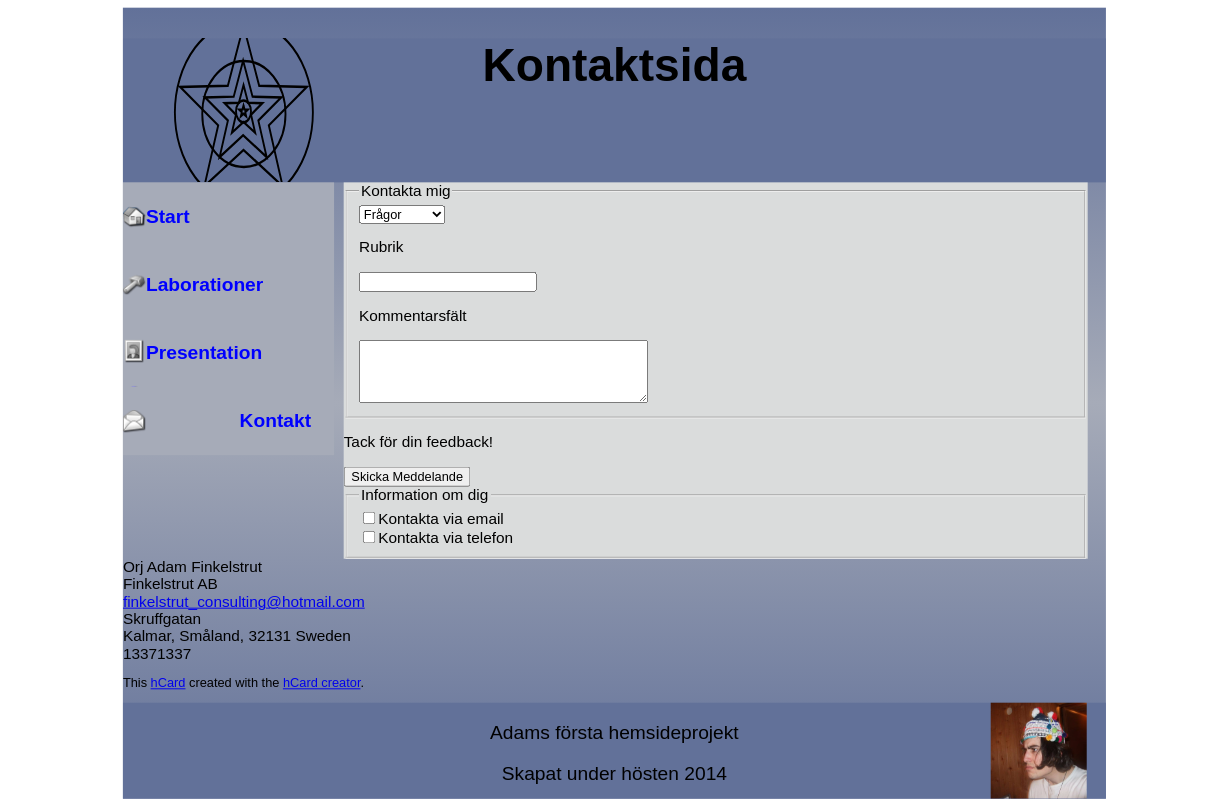
Repository: ao222qc/1IK415_ao222qc_copycat
Page: pages/kontakt.html
The author's editor kept a record of every edit. The page is drawn from the files as they stood at one moment, then again after the next edit.
The browser window is 1280 px wide. The pictures show the whole page, at 96% of full size.

Above is the page before.

### pages/kontakt.html
<!doctype html>
<html lang="sv">
    <head>
        <meta charset = "utf-8">
        <title>Bloggindex</title>
        <link rel="stylesheet" href="../pics/css/style.css" media="screen">
        <link rel="stylesheet" href="../pics/css/print.css" media="print">
        <link rel="stylesheet" href="../pics/css/mobile.css" media="screen and (max-device-width: 480px") />
        <meta content='width=device-width; initial-scale=1.0; maximum-scale=1.0; user-scalable=0;' name='viewport' />
        <link rel="icon"  type="image/x-icon" href="../pics/fav.ico" />
        <link rel="shortcut icon" href="/pics/iosicon.png"/>
         <link rel="apple-touch-icon" href="/pics/iosicon.png"/>
    </head>
<body>
    <div id="background">
    <div id="header">
    <h1>Kontaktsida</h1>
    </div>
    <div id="navigation">
    <ul>
        <li><a class="index" href="../index.html">Start</a></li>
        <li><a class="laborationer" href="laborationer.html">Laborationer</a></li>
        <li><a class="presentation" href="presentation.html">Presentation</a></li>
        <li class="active"><a class="kontakt" href="kontakt.html">Kontakt</a></li>
    </ul>
    </div>
    <div id="content">
    <FORM action="http://voyager.lnu.se/tekinet/kurser/dtt/wp_webbintro/form.php" method="post">
        <fieldset>
            <LEGEND>Kontakta mig</LEGEND>

                <select name="Ärendetyp">
                    <option value="Frågor">Frågor</option>
                        <option value="Synpunkter">Synpunkter</option>
                    <option value="Övrigt">Övrigt</option>
                </select>
                <p>Rubrik</p>
                <input type="text" name="Rubrik" id="Rubrik"/>
                <p>Kommentarsfält</p>
                <textarea name="Kommentarsfält" id="Kommentarsfält" cols="35" rows="4"></textarea>
        </fieldset>
    <p>Tack för din feedback!</p>
    <input type="submit" value="Skicka Meddelande"/>
        <fieldset>
            <LEGEND>Information om dig</LEGEND>
                <input type="checkbox" name="Kontakt" value="Mail">Kontakta via email <br/>
                <input type="checkbox" name="Kontakt" value="Telefon">Kontakta via telefon
        </fieldset>
    </FORM>
    </div>
    <div id="kontaktruta">
        <div id="hcard-Orj-Adam-Finkelstrut" class="vcard">
 <span class="fn n">
    <span class="given-name">Orj</span>
  <span class="additional-name">Adam</span>
  <span class="family-name">Finkelstrut</span>
</span>
 <div class="org">Finkelstrut AB</div>
 <a class="email" href="mailto:finkelstrut_consulting@hotmail.com">finkelstrut_consulting@hotmail.com</a>
 <div class="adr">
  <div class="street-address">Skruffgatan</div>
  <span class="locality">Kalmar</span>,
  <span class="region">Småland</span>,
  <span class="postal-code">32131</span>

  <span class="country-name">Sweden</span>

 </div>
 <div class="tel">13371337</div>
<p style="font-size:smaller;">This <a href="http://microformats.org/wiki/hcard">hCard</a> created with the <a href="http://microformats.org/code/hcard/creator">hCard creator</a>.</p>
</div>
</div>
     <div id="footer">
         <p>Adams första hemsideprojekt
         </p>
        <p>Skapat under hösten 2014</p>
    </div>
      </div>



</body>

### pics/css/style.css
#background
{
    width:1024px;
    height: auto;
    margin: 0 auto;
    background: linear-gradient(#627199, #A6ABB8 ,#627199);
    overflow:auto;
    font-family:Arial;
}

#header
{
    background-color:#627199 ;
    width:1024px;
    height:150px;
    margin-left: auto;
    margin-right: auto;
    text-align: center;
    font-size:150%;
    background-image: url(../vektorgrafik.svg);
    background-size: 250px 250px;
    background-position: left 3px center;
    background-repeat: no-repeat;
}
#navigation
    {
    font-size: 125%;
    font-weight: bold;
    background-color: #A6ABB8;
    float:left;
    width:220px;
    }

    #navigation ul
    {
    list-style-type: none;
    margin: 0;
    padding: 0;
    }

    #navigation ul li a
    {
    text-decoration: none;
    padding: 24px 24px;
    color: blue;
    display:block;
    }
    #navigation a
    {
    background-image: url("../sprite.png");
    display:block;
    background-repeat: no-repeat;
    }

.index
{background-position: 0px -24px;}

.laborationer
{background-position: 0px -120px;}

.presentation
{background-position: 0px -218px;}

.kontakt
{background-position: 0px -312px;}

.index:hover
{background-position: 0px 24px;}

.laborationer:hover
{background-position: 0px -70px;}

.presentation:hover
{background-position: 0px -169px;}

.kontakt:hover
{background-position: 0px -265px;}


    #navigation ul li a:visited
    {
    color: Black;
    }
    #navigation ul li a:hover
    {
    color: white;
    background-color: #17223D;
    }
    .active
    {
    text-align:right;
    }

#content
 {
    background-color:#DADCDC;
    float:left;
    width:775px;
    height:auto;
    margin-left: 10px;
    margin-right: 10px;
 }
#footer
 {
    font-size:125%;
    text-align:center;
    background-color:#627199;
    float:left;
    width:1024px;
    text-align:center;
    height:100px;
    background-image: url(../labbild.jpg);
    background-size: 100px 100px;
    background-position: right 20px center;
    background-repeat: no-repeat;
 }
.link
{
    list-style:none;
    font-size:120%;
}
.right
{
    float:right;
    margin:10px;
    padding:10px;
}
.left /*om jag nu skall lägga in bild till vänster*/
{
    float:left;
}
table, td, th
{
   margin-left:215px;
   text-align:center;
   border: 2px Solid Navy;
}
#loggrubrik
{
    background-image: url(../vektorgrafik.svg);
    background-size: 50px 50px;
    padding-left: 50px;
    background-repeat: no-repeat;
    top: 75%;
}
#mobilepreview
{
    height:80%;
    width:80%;
}

### pics/css/print.css
body
{
  color : #000000;
  background : #ffffff;
  font-family : "Times New Roman", Times, serif;
  font-size : 12pt;
}
#navigation
{
    display: none;
}
img
{
    display:none;
    visibility: hidden;
}

a:link:after,
a:visited:after
{
    font-size : 12pt;
    content: " ("attr(href) ") ";
}

### pics/css/mobile.css
@media screen and (min-device-width: 320px) and (max-device-width: 480px) {

#background
{
    min-width:320px;
    max-width:100%;
    max-height:100%;
}

body
{
    margin:0; padding:0;
}

table
{
    margin-left:2px;
}

#header
{
    min-width:320px;
    max-width:100%;
    text-align:center;
    background-size: 50px, 50px;
    height:auto;
}
#navigation
{
   min-width:100%;
    max-width:100%;
    float:none;
    text-align:center;
    display:block;
}

#content
{
  min-width:320px;
  max-width:100%;
  padding: 0;
  margin: 0;
}

#vektorgrafik
{
    float:none;
    height:300px;
    width:300px;
}

#mittnylle
{
    height:300px;
    width:300px;
}

#loga
{
    height:300px;
    width:330px;
}

#footer
{
    min-width:320px;
    max-width:100%;
    font-size:85%;
    background-position:right;
    text-align:left;
}

ol dl
{
    font-size:85%;
}




















}

After the next edit:
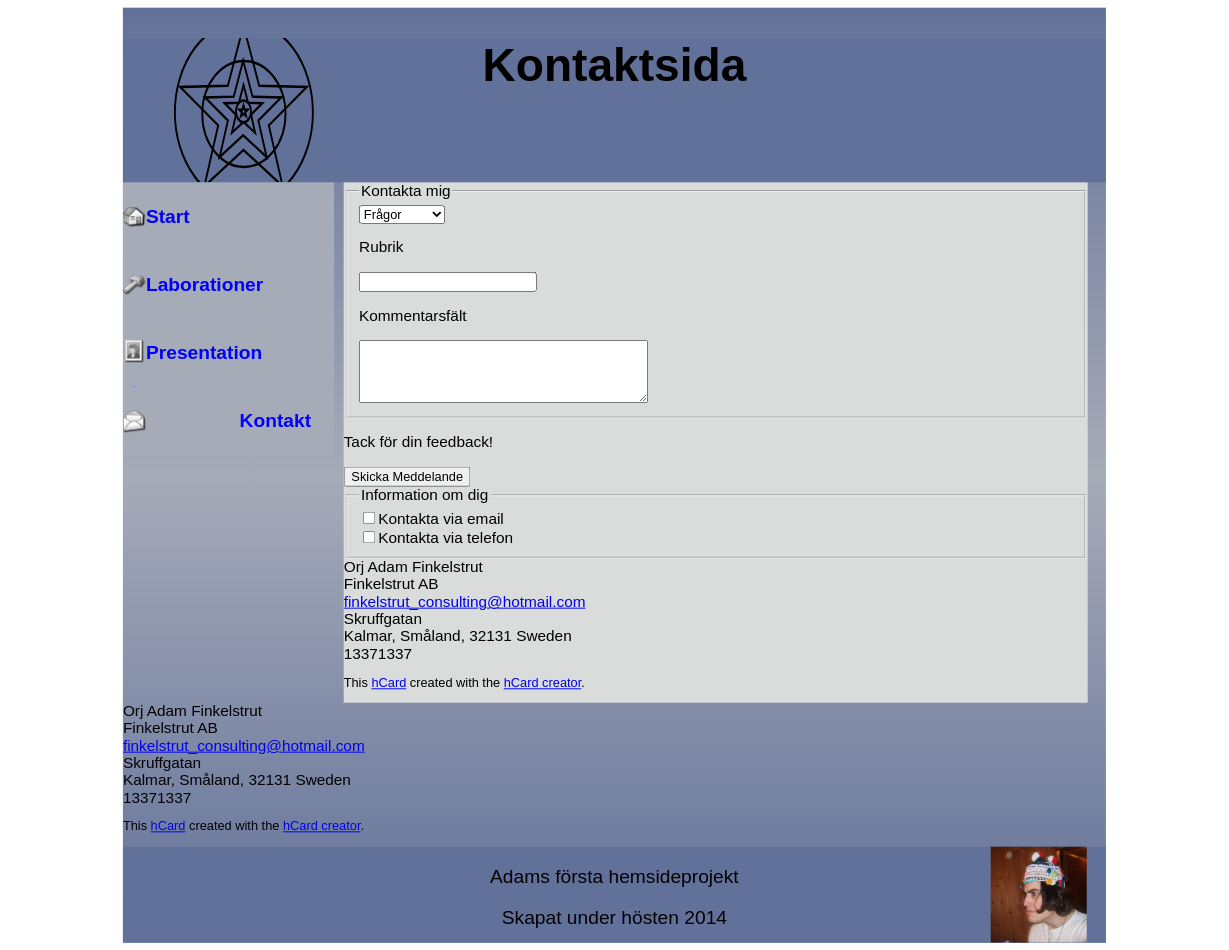
The edit:
--- a/pages/kontakt.html
+++ b/pages/kontakt.html
@@ -47,6 +47,28 @@
                 <input type="checkbox" name="Kontakt" value="Telefon">Kontakta via telefon
         </fieldset>
     </FORM>
+        <div id="kontaktruta">
+        <div id="hcard-Orj-Adam-Finkelstrut" class="vcard">
+ <span class="fn n">
+    <span class="given-name">Orj</span>
+  <span class="additional-name">Adam</span>
+  <span class="family-name">Finkelstrut</span>
+</span>
+ <div class="org">Finkelstrut AB</div>
+ <a class="email" href="mailto:finkelstrut_consulting@hotmail.com">finkelstrut_consulting@hotmail.com</a>
+ <div class="adr">
+  <div class="street-address">Skruffgatan</div>
+  <span class="locality">Kalmar</span>,
+  <span class="region">Småland</span>,
+  <span class="postal-code">32131</span>
+
+  <span class="country-name">Sweden</span>
+
+ </div>
+ <div class="tel">13371337</div>
+<p style="font-size:smaller;">This <a href="http://microformats.org/wiki/hcard">hCard</a> created with the <a href="http://microformats.org/code/hcard/creator">hCard creator</a>.</p>
+</div>
+</div>
     </div>
     <div id="kontaktruta">
         <div id="hcard-Orj-Adam-Finkelstrut" class="vcard">
